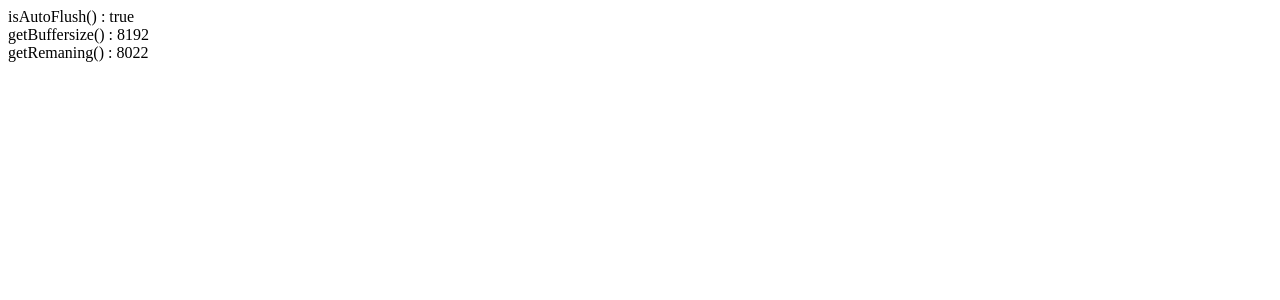
Repository: binkalos/JSP-STUDY
Page: http://localhost/2019-06-13/out.jsp
These files come from the project's save history. The page is drawn as it stood at one moment and after the next save; the edit follows.
The browser window is 1280 px wide. The pictures show the whole page.
The page is served by Tomcat 9.

Above is the page before, as saved 2019-06-20 01:40:07.

After the next save:
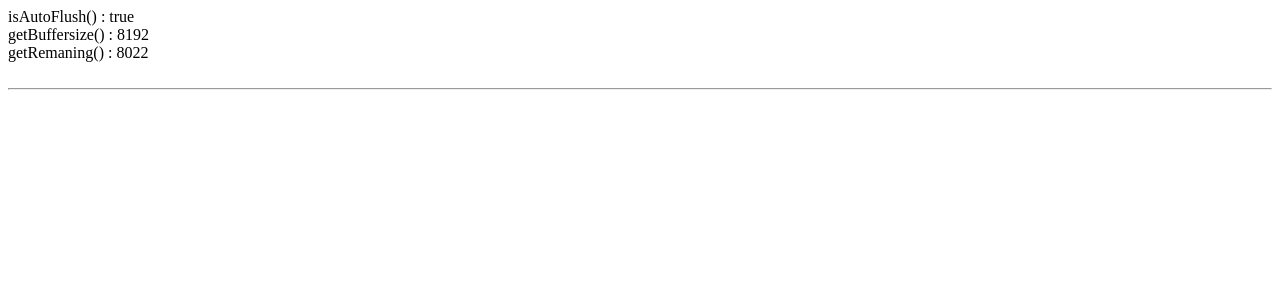
Saved 25 s later.
--- a/2019-06-13/WebContent/out.jsp
+++ b/2019-06-13/WebContent/out.jsp
@@ -15,5 +15,12 @@ getBuffersize() : <%=out.getBufferSize() %><br>
 getRemaning() : <%=out.getRemaining() %><br>
 
 <%out.flush(); %><br>
+
+<hr>
+
+<%
+//JspWriter out2 = new JspWriter();
+
+%>
 </body>
 </html>
